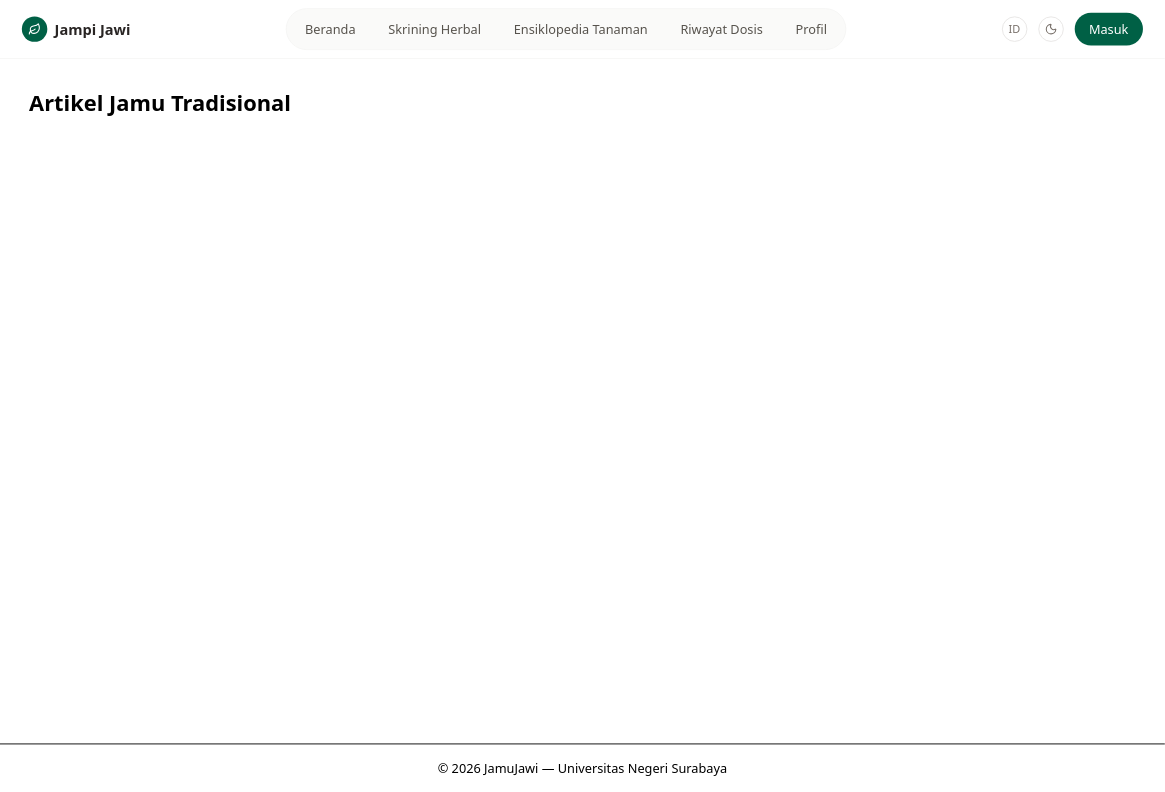
Repository: VergiMutiaRahmasyani/JampiJawi
Page: /artikel
These files come from the project's save history. The page is drawn as it stood at one moment and after the next save; the edit follows.
The browser window is 1280 px wide. The pictures show the whole page, at 91% of full size.
The project was rebuilt for these pictures with package versions that can differ from the ones it lists, and the page was loaded fresh each time. Also part of the build but not shown: vite.config.js, src/components/shared/ProtectedRoute.jsx, src/pages/HomePage.jsx, src/pages/LoginPage.jsx, src/pages/RegisterPage.jsx, src/pages/EnsiklopediaPage.jsx, src/pages/DetailHerbalPage.jsx, src/pages/RekomendasiPage.jsx and 5 more.

Above is the page before, as saved 2026-09-09 19:35:28.

### index.html
<!doctype html>
<html lang="en">
  <head>
    <meta charset="UTF-8" />
    <link rel="icon" type="image/svg+xml" href="/favicon.svg" />
    <meta name="viewport" content="width=device-width, initial-scale=1.0" />
    <title>jampijawi</title>
  </head>
  <body>
    <div id="root"></div>
    <script type="module" src="/src/main.jsx"></script>
  </body>
</html>

### src/App.jsx
import { BrowserRouter, Routes, Route } from "react-router-dom";
import { AuthProvider } from "./context/AuthContext";
import Navbar from "./components/layout/Navbar";
import Footer from "./components/layout/Footer";
import ProtectedRoute from "./components/shared/ProtectedRoute";

import HomePage from "./pages/HomePage";
import LoginPage from "./pages/LoginPage";
import RegisterPage from "./pages/RegisterPage";
import EnsiklopediaPage from "./pages/EnsiklopediaPage";
import DetailHerbalPage from "./pages/DetailHerbalPage";
import RekomendasiPage from "./pages/RekomendasiPage";
import HasilRekomendasiPage from "./pages/HasilRekomendasiPage";
import KonsultasiPage from "./pages/KonsultasiPage";
import ArtikelPage from "./pages/ArtikelPage";
import DetailArtikelPage from "./pages/DetailArtikelPage";
import RiwayatPage from "./pages/RiwayatPage";
import ProfilPage from "./pages/ProfilPage";

function App() {
  return (
    <BrowserRouter>
      <AuthProvider>
        <Navbar />
        <main className="min-h-screen">
          <Routes>
            <Route path="/" element={<HomePage />} />
            <Route path="/login" element={<LoginPage />} />
            <Route path="/register" element={<RegisterPage />} />

            <Route path="/ensiklopedia" element={<EnsiklopediaPage />} />
            <Route path="/ensiklopedia/:slug" element={<DetailHerbalPage />} />

            <Route path="/rekomendasi" element={<RekomendasiPage />} />
            <Route path="/rekomendasi/hasil/:id" element={<HasilRekomendasiPage />} />

            <Route path="/konsultasi" element={<KonsultasiPage />} />

            <Route path="/artikel" element={<ArtikelPage />} />
            <Route path="/artikel/:slug" element={<DetailArtikelPage />} />

            <Route
              path="/riwayat"
              element={
                <ProtectedRoute>
                  <RiwayatPage />
                </ProtectedRoute>
              }
            />
            <Route
              path="/profil"
              element={
                <ProtectedRoute>
                  <ProfilPage />
                </ProtectedRoute>
              }
            />
          </Routes>
        </main>
        <Footer />
      </AuthProvider>
    </BrowserRouter>
  );
}

export default App;

### src/context/AuthContext.jsx
import { createContext, useContext, useState, useEffect } from "react";

const AuthContext = createContext(undefined);

export function AuthProvider({ children }) {
  const [user, setUser] = useState(null);
  const [token, setToken] = useState(null);
  const [isLoading, setIsLoading] = useState(true);

  useEffect(() => {
    const storedToken = localStorage.getItem("jamujawi_token");
    const storedUser = localStorage.getItem("jamujawi_user");
    if (storedToken && storedUser) {
      setToken(storedToken);
      setUser(JSON.parse(storedUser));
    }
    setIsLoading(false);
  }, []);

  const login = (newToken, newUser) => {
    localStorage.setItem("jamujawi_token", newToken);
    localStorage.setItem("jamujawi_user", JSON.stringify(newUser));
    setToken(newToken);
    setUser(newUser);
  };

  const logout = () => {
    localStorage.removeItem("jamujawi_token");
    localStorage.removeItem("jamujawi_user");
    setToken(null);
    setUser(null);
  };

  return (
    <AuthContext.Provider value={{ user, token, login, logout, isLoading }}>
      {children}
    </AuthContext.Provider>
  );
}

export function useAuth() {
  const context = useContext(AuthContext);
  if (!context) throw new Error("useAuth must be used within AuthProvider");
  return context;
}

### src/components/layout/Navbar.jsx
import { Link, useLocation } from "react-router-dom";
import { Leaf, Moon, LogOut, User } from "lucide-react";
import { useAuth } from "../../context/AuthContext";

const menu = [
  { label: "Beranda", to: "/" },
  { label: "Skrining Herbal", to: "/rekomendasi" },
  { label: "Ensiklopedia Tanaman", to: "/ensiklopedia" },
  { label: "Riwayat Dosis", to: "/riwayat" },
  { label: "Profil", to: "/profil" },
];

export default function Navbar() {
  const { pathname } = useLocation();
  const { user, logout } = useAuth();

  return (
    <header className="sticky top-0 z-50 bg-white/80 backdrop-blur border-b border-stone-100">
      <div className="max-w-7xl mx-auto px-6 h-16 flex items-center justify-between">
        {/* Logo */}
        <Link to="/" className="flex items-center gap-2 font-semibold text-stone-800">
          <span className="w-7 h-7 rounded-full bg-emerald-800 flex items-center justify-center">
            <Leaf size={14} className="text-white" />
          </span>
          Jampi Jawi
        </Link>

        {/* Pill menu tengah */}
        <nav className="hidden md:flex items-center gap-1 bg-stone-50 border border-stone-100 rounded-full p-1">
          {menu.map(({ label, to }) => {
            const active = pathname === to;
            return (
              <Link
                key={to}
                to={to}
                className={`px-4 py-2 rounded-full text-sm font-medium transition ${
                  active
                    ? "bg-emerald-800 text-white"
                    : "text-stone-600 hover:text-stone-900"
                }`}
              >
                {label}
              </Link>
            );
          })}
        </nav>

        {/* Ikon kanan */}
        <div className="flex items-center gap-3">
          <button className="text-xs font-medium text-stone-500 hover:text-stone-800 w-7 h-7 rounded-full border border-stone-200 flex items-center justify-center">
            ID
          </button>
          <button className="text-stone-500 hover:text-stone-800 w-7 h-7 rounded-full border border-stone-200 flex items-center justify-center">
            <Moon size={14} />
          </button>

          {user ? (
            <>
              <Link
                to="/profil"
                className="w-8 h-8 rounded-full bg-emerald-100 text-emerald-800 flex items-center justify-center"
              >
                <User size={15} />
              </Link>
              <button
                onClick={logout}
                className="text-stone-400 hover:text-red-600"
                title="Logout"
              >
                <LogOut size={16} />
              </button>
            </>
          ) : (
            <Link
              to="/login"
              className="text-sm font-medium bg-emerald-800 text-white px-4 py-2 rounded-full"
            >
              Masuk
            </Link>
          )}
        </div>
      </div>
    </header>
  );
}

### src/components/layout/Footer.jsx
export default function Footer() {
  return (
    <footer className="p-4 text-center text-sm border-t mt-8">
      © 2026 JamuJawi — Universitas Negeri Surabaya
    </footer>
  );
}

### src/pages/ArtikelPage.jsx
export default function ArtikelPage() {
  return (
    <div className="p-8">
      <h1 className="text-2xl font-bold">Artikel Jamu Tradisional</h1>
    </div>
  );
}

Loaded but not shown: src/main.jsx (common file); src/index.css (common file)

After the next save:
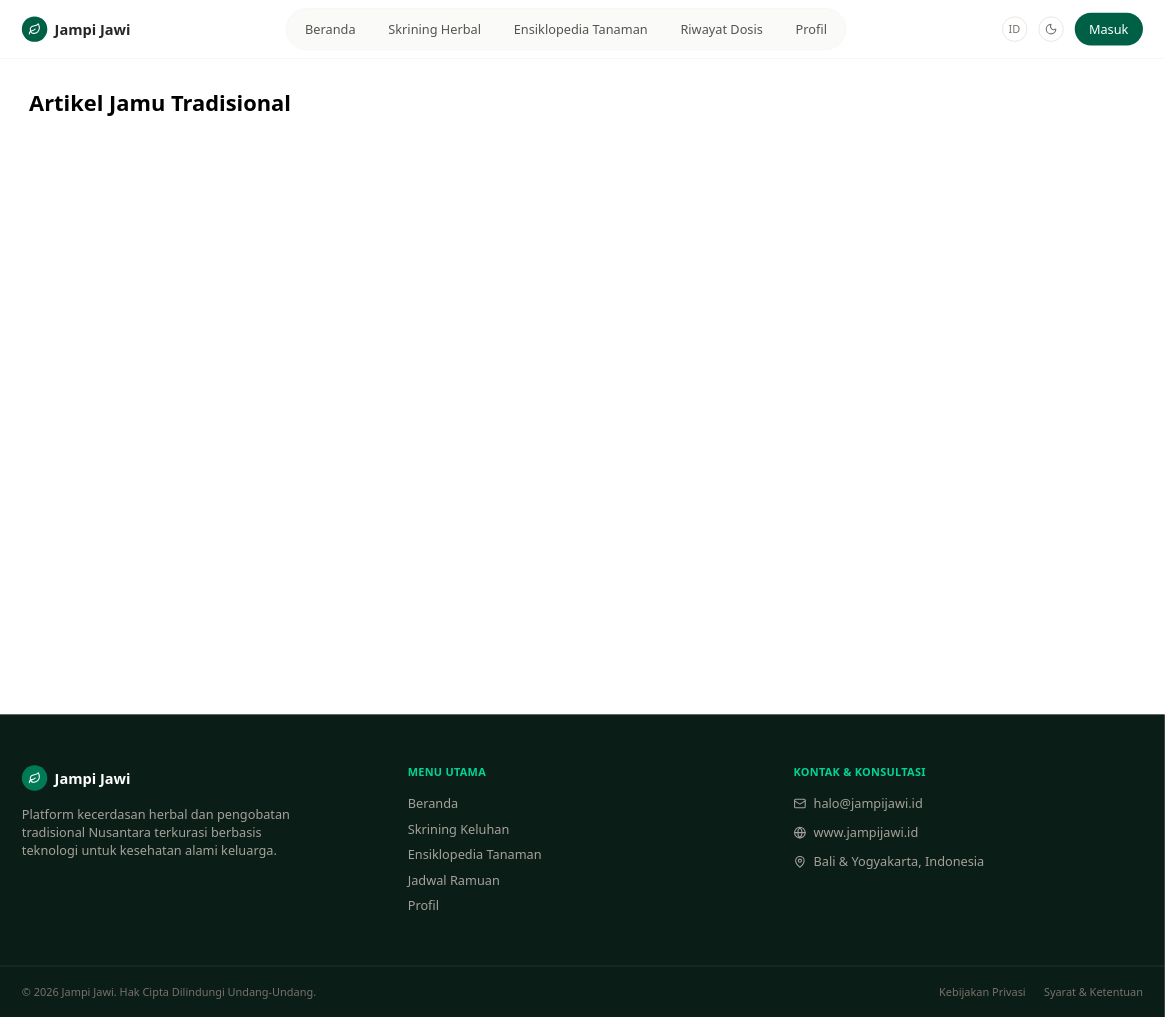
Saved 16 s later.
--- a/src/components/layout/Footer.jsx
+++ b/src/components/layout/Footer.jsx
@@ -1,7 +1,77 @@
+import { Link } from "react-router-dom";
+import { Leaf, Mail, Globe, MapPin } from "lucide-react";
+
+const menuUtama = [
+  { label: "Beranda", to: "/" },
+  { label: "Skrining Keluhan", to: "/rekomendasi" },
+  { label: "Ensiklopedia Tanaman", to: "/ensiklopedia" },
+  { label: "Jadwal Ramuan", to: "/riwayat" },
+  { label: "Profil", to: "/profil" },
+];
+
 export default function Footer() {
   return (
-    <footer className="p-4 text-center text-sm border-t mt-8">
-      © 2026 JamuJawi — Universitas Negeri Surabaya
+    <footer className="bg-[#0b1d17] text-stone-300">
+      <div className="max-w-7xl mx-auto px-6 py-14 grid md:grid-cols-3 gap-10">
+        {/* Kolom 1 — brand */}
+        <div>
+          <div className="flex items-center gap-2 font-semibold text-white">
+            <span className="w-7 h-7 rounded-full bg-emerald-700 flex items-center justify-center">
+              <Leaf size={14} className="text-white" />
+            </span>
+            Jampi Jawi
+          </div>
+          <p className="mt-4 text-sm text-stone-400 max-w-xs">
+            Platform kecerdasan herbal dan pengobatan tradisional Nusantara
+            terkurasi berbasis teknologi untuk kesehatan alami keluarga.
+          </p>
+        </div>
+
+        {/* Kolom 2 — menu utama */}
+        <div>
+          <p className="text-xs font-semibold text-emerald-400 tracking-wide mb-4">
+            MENU UTAMA
+          </p>
+          <ul className="space-y-2 text-sm">
+            {menuUtama.map(({ label, to }) => (
+              <li key={to}>
+                <Link to={to} className="text-stone-400 hover:text-white transition">
+                  {label}
+                </Link>
+              </li>
+            ))}
+          </ul>
+        </div>
+
+        {/* Kolom 3 — kontak */}
+        <div>
+          <p className="text-xs font-semibold text-emerald-400 tracking-wide mb-4">
+            KONTAK & KONSULTASI
+          </p>
+          <ul className="space-y-3 text-sm text-stone-400">
+            <li className="flex items-center gap-2">
+              <Mail size={14} /> halo@jampijawi.id
+            </li>
+            <li className="flex items-center gap-2">
+              <Globe size={14} /> www.jampijawi.id
+            </li>
+            <li className="flex items-center gap-2">
+              <MapPin size={14} /> Bali & Yogyakarta, Indonesia
+            </li>
+          </ul>
+        </div>
+      </div>
+
+      {/* Bottom bar */}
+      <div className="border-t border-white/10">
+        <div className="max-w-7xl mx-auto px-6 py-5 flex flex-col sm:flex-row justify-between items-center gap-3 text-xs text-stone-500">
+          <p>© 2026 Jampi Jawi. Hak Cipta Dilindungi Undang-Undang.</p>
+          <div className="flex gap-5">
+            <a href="#" className="hover:text-white">Kebijakan Privasi</a>
+            <a href="#" className="hover:text-white">Syarat & Ketentuan</a>
+          </div>
+        </div>
+      </div>
     </footer>
   );
 }
